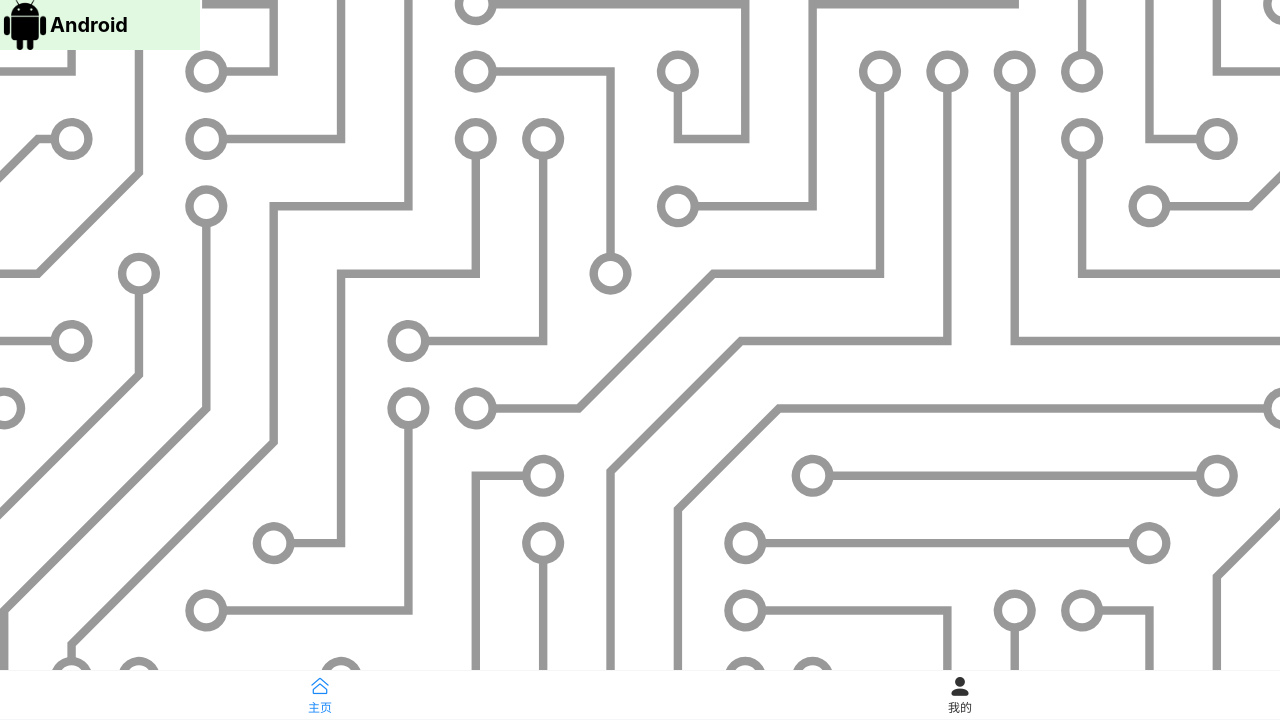
Repository: Qwenicq/new_sys
Page: / (app in new-syws/)
These files come from the project's save history. The page is drawn as it stood at one moment and after the next save; the edit follows.
The browser window is 1280 px wide. The pictures show the whole page.
The project was rebuilt for these pictures with package versions that can differ from the ones it lists, and the page was loaded fresh each time. Also part of the build but not shown: new-syws/vite.config.js, new-syws/src/components/user.vue.

Above is the page before, as saved 2024-01-26 16:02:45.

After the next save:
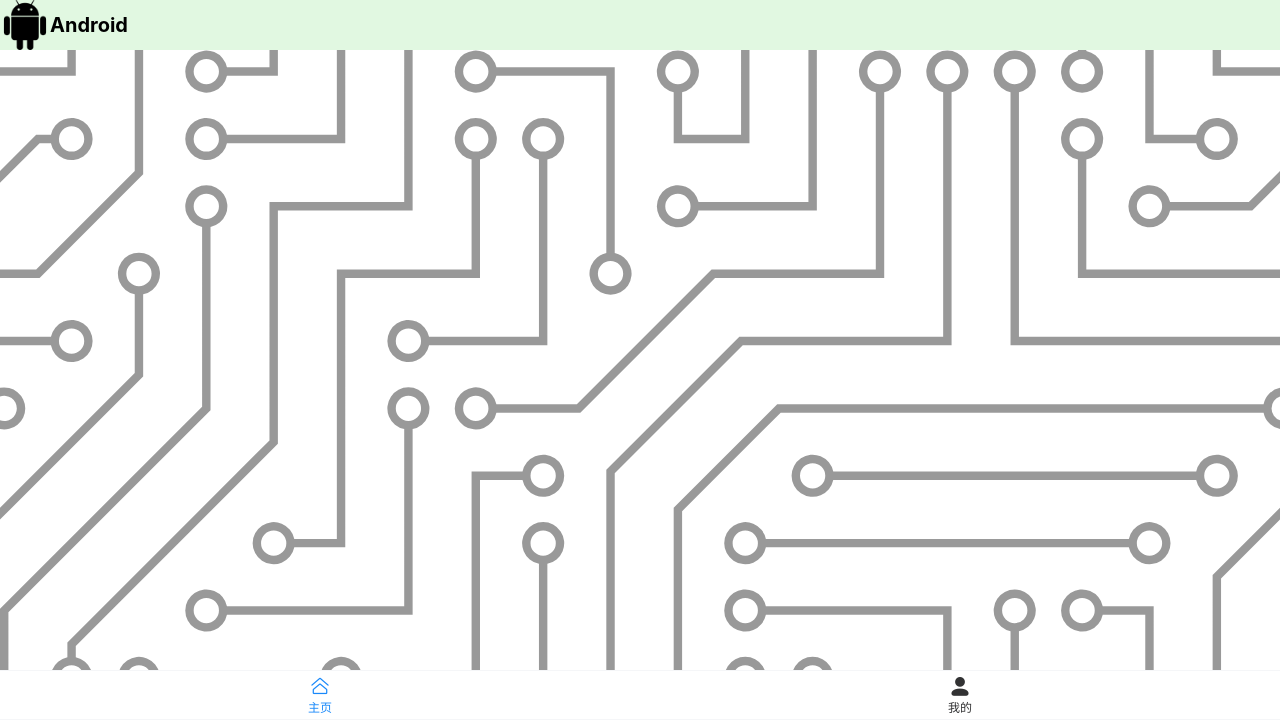
Saved 12 s later.
--- a/new-syws/src/views/layout/LayContain.vue
+++ b/new-syws/src/views/layout/LayContain.vue
@@ -22,8 +22,6 @@
   flex-direction: row; /* 将子元素垂直排列 */
   align-items: center; /* 在交叉轴上居中，垂直居中 */
   text-align: center; /* 在主轴上居中，水平居中 */
-  width: 200px;
-  height: 50px;
 }
 p {
   margin: 0;

After the save that followed:
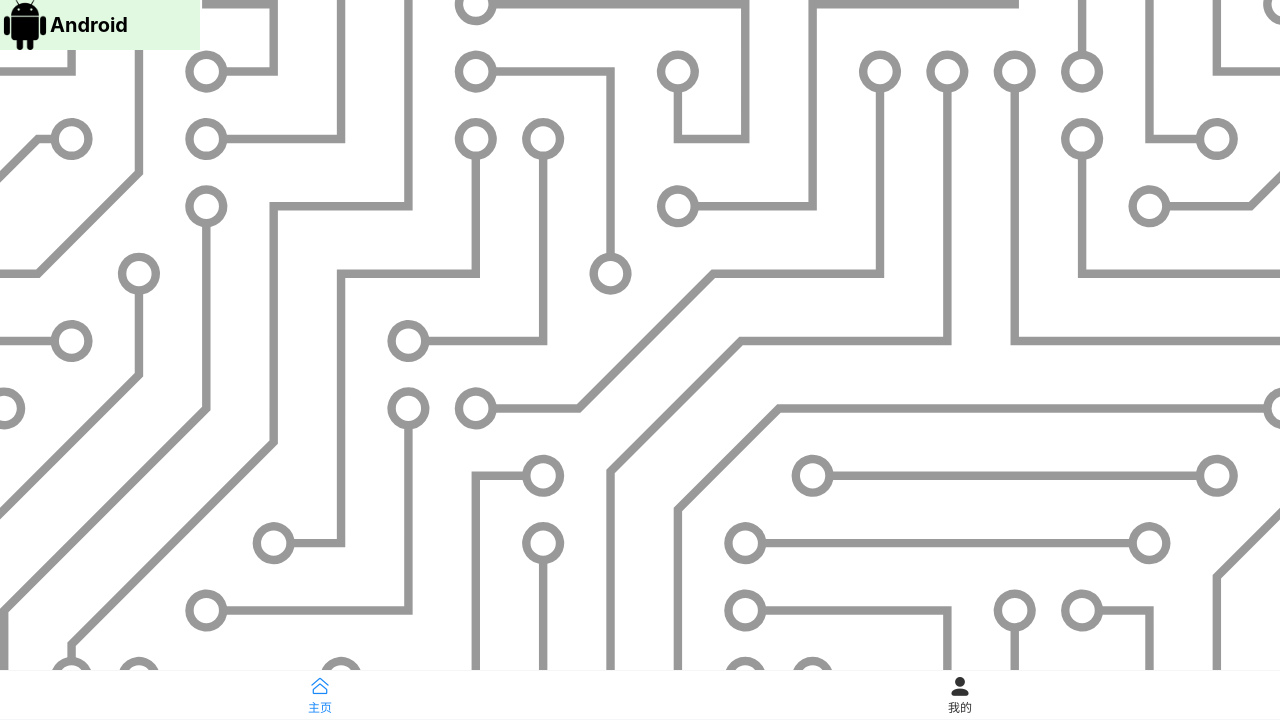
Saved 71 s later.
--- a/new-syws/src/views/layout/LayContain.vue
+++ b/new-syws/src/views/layout/LayContain.vue
@@ -22,6 +22,7 @@
   flex-direction: row; /* 将子元素垂直排列 */
   align-items: center; /* 在交叉轴上居中，垂直居中 */
   text-align: center; /* 在主轴上居中，水平居中 */
+  width: 200px;
 }
 p {
   margin: 0;
